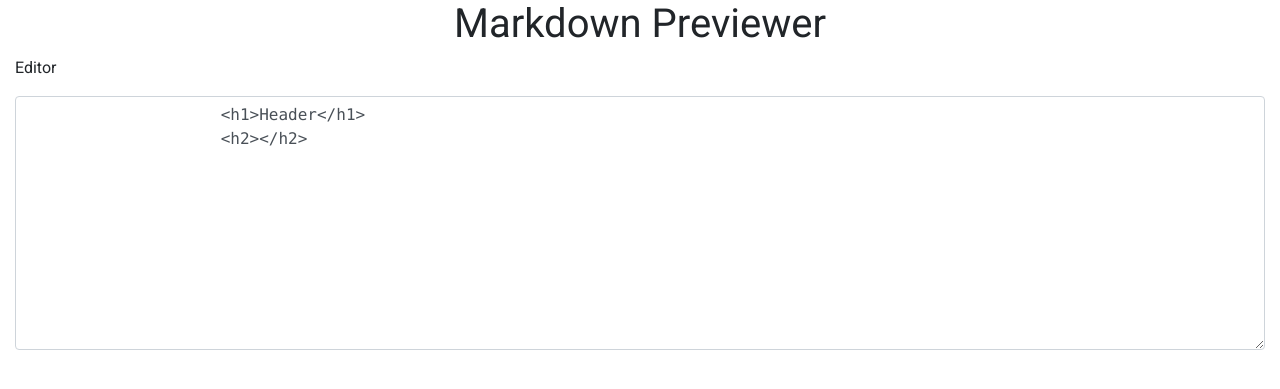
Repository: derektypist/markdown-previewer
Page: index.html
The author's editor kept a record of every edit. The page is drawn from the files as they stood at one moment, then again after the next edit.
The browser window is 1280 px wide. The pictures show the whole page.

Above is the page before.

After the next edit:
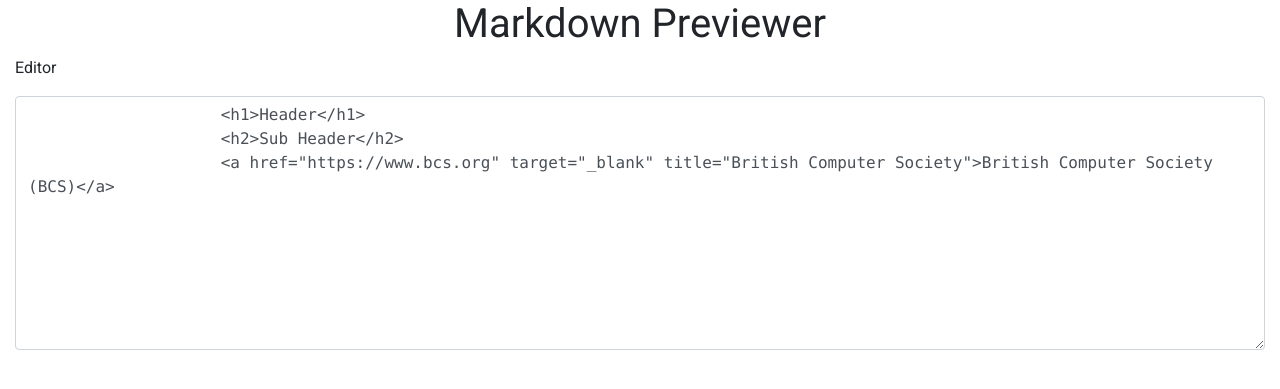
The edit:
--- a/index.html
+++ b/index.html
@@ -53,7 +53,12 @@
             <p>Editor</p>
                 <textarea class="form-control" id="editor" rows="10" oninput="displayPreview()">
                     <h1>Header</h1>
-                    <h2></h2></textarea>
+                    <h2>Sub Header</h2>
+                    <a href="https://www.bcs.org" target="_blank" title="British Computer Society">British Computer Society (BCS)</a>
+
+
+
+                    </textarea>
 
                 <!-- Set Up Previewer -->
                 <article id="preview"></article>
